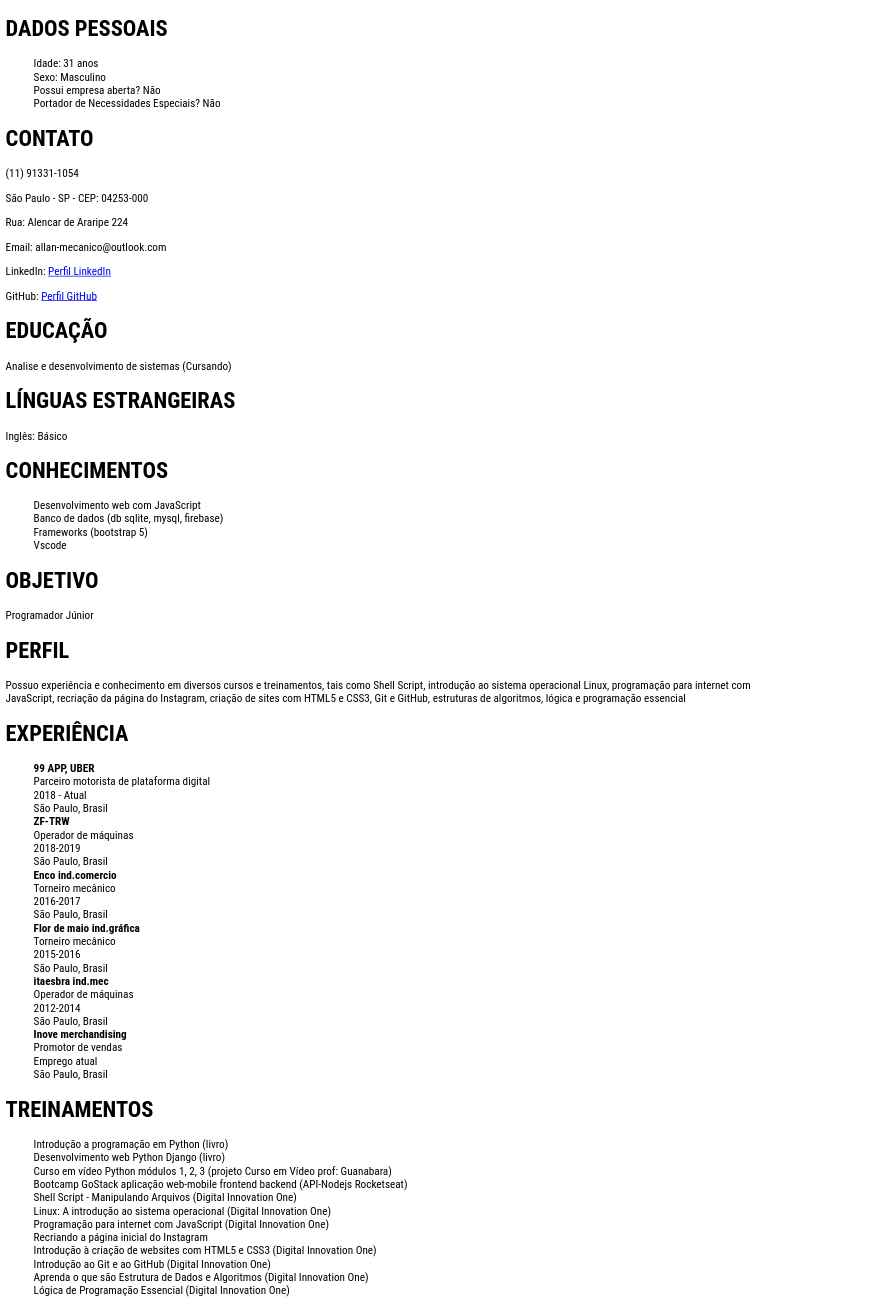
Repository: alfredo-allan/Portfolio
Page: curriculo.html
An editor plug-in stored every save of this project. The page is shown before and after the next save, followed by the edit.
The browser window is 1280 px wide. The pictures show the whole page, at 70% of full size.

Above is the page before, as saved 2024-03-20 14:47:15.

### curriculo.html
<!DOCTYPE html>
<html lang="pt-br">

<head>
	<meta charset="UTF-8">
	<meta http-equiv="X-UA-Compatible" content="IE=edge">
	<meta name="viewport" content="width=device-width, initial-scale=1.0">
	<link rel="stylesheet" href="./src/assets/styles/curriculo.css" />
	<title>Curriculum Vitae - Alfredo Allan Teixeira Sousa</title>
</head>

<body>
	<h1>DADOS PESSOAIS</h1>
	<ul>
		<li>Idade: 31 anos</li>
		<li>Sexo: Masculino</li>
		<li>Possui empresa aberta? Não</li>
		<li>Portador de Necessidades Especiais? Não</li>
	</ul>

	<h1>CONTATO</h1>
	<p>(11) 91331-1054</p>
	<p>São Paulo - SP - CEP: 04253-000</p>
	<p>Rua: Alencar de Araripe 224</p>
	<p>Email: allan-mecanico@outlook.com</p>
	<p>LinkedIn: <a href="www.linkedin.com/in/alfredo-allan-teixeira-ba2 701149/">Perfil LinkedIn</a></p>
	<p>GitHub: <a href="https://github.com/allan- mecanico/">Perfil GitHub</a></p>

	<h1>EDUCAÇÃO</h1>
	<p>Analise e desenvolvimento de sistemas (Cursando)</p>

	<h1>LÍNGUAS ESTRANGEIRAS</h1>
	<p>Inglês: Básico</p>

	<h1>CONHECIMENTOS</h1>
	<ul>
		<li>Desenvolvimento web com JavaScript</li>
		<li>Banco de dados (db sqlite, mysql, firebase)</li>
		<li>Frameworks (bootstrap 5)</li>
		<li>Vscode</li>
	</ul>

	<h1>OBJETIVO</h1>
	<p>Programador Júnior</p>

	<h1>PERFIL</h1>
	<p>Possuo experiência e conhecimento em diversos cursos e treinamentos, tais como Shell Script, introdução ao sistema
		operacional Linux, programação para internet com JavaScript, recriação da página do Instagram, criação de sites com
		HTML5 e CSS3, Git e GitHub, estruturas de algoritmos, lógica e programação essencial</p>

	<h1>EXPERIÊNCIA</h1>
	<ul>
		<li><strong>99 APP, UBER</strong><br>Parceiro motorista de plataforma digital<br>2018 - Atual<br>São Paulo, Brasil
		</li>
		<li><strong>ZF-TRW</strong><br>Operador de máquinas<br>2018-2019<br>São Paulo, Brasil</li>
		<li><strong>Enco ind.comercio</strong><br>Torneiro mecânico<br>2016-2017<br>São Paulo, Brasil</li>
		<li><strong>Flor de maio ind.gráfica</strong><br>Torneiro mecânico<br>2015-2016<br>São Paulo, Brasil</li>
		<li><strong>itaesbra ind.mec</strong><br>Operador de máquinas<br>2012-2014<br>São Paulo, Brasil</li>
		<li><strong>Inove merchandising</strong><br>Promotor de vendas<br>Emprego atual<br>São Paulo, Brasil</li>
	</ul>

	<h1>TREINAMENTOS</h1>
	<ul>
		<li>Introdução a programação em Python (livro)</li>
		<li>Desenvolvimento web Python Django (livro)</li>
		<li>Curso em vídeo Python módulos 1, 2, 3 (projeto Curso em Vídeo prof: Guanabara)</li>
		<li>Bootcamp GoStack aplicação web-mobile frontend backend (API-Nodejs Rocketseat)</li>
		<li>Shell Script - Manipulando Arquivos (Digital Innovation One)</li>
		<li>Linux: A introdução ao sistema operacional (Digital Innovation One)</li>
		<li>Programação para internet com JavaScript (Digital Innovation One)</li>
		<li>Recriando a página inicial do Instagram</li>
		<li>Introdução à criação de websites com HTML5 e CSS3 (Digital Innovation One)</li>
		<li>Introdução ao Git e ao GitHub (Digital Innovation One)</li>
		<li>Aprenda o que são Estrutura de Dados e Algoritmos (Digital Innovation One)</li>
		<li>Lógica de Programação Essencial (Digital Innovation One)</li>
	</ul>
</body>

</html

### src/assets/styles/curriculo.css
:root {
	--roboto-condensed: "Roboto Condensed", sans-serif;
}

body {
	font-family: var(--roboto-condensed);
}

li {
	list-style: none;
}

p {
	margin-right: 10%;
}

After the next save:
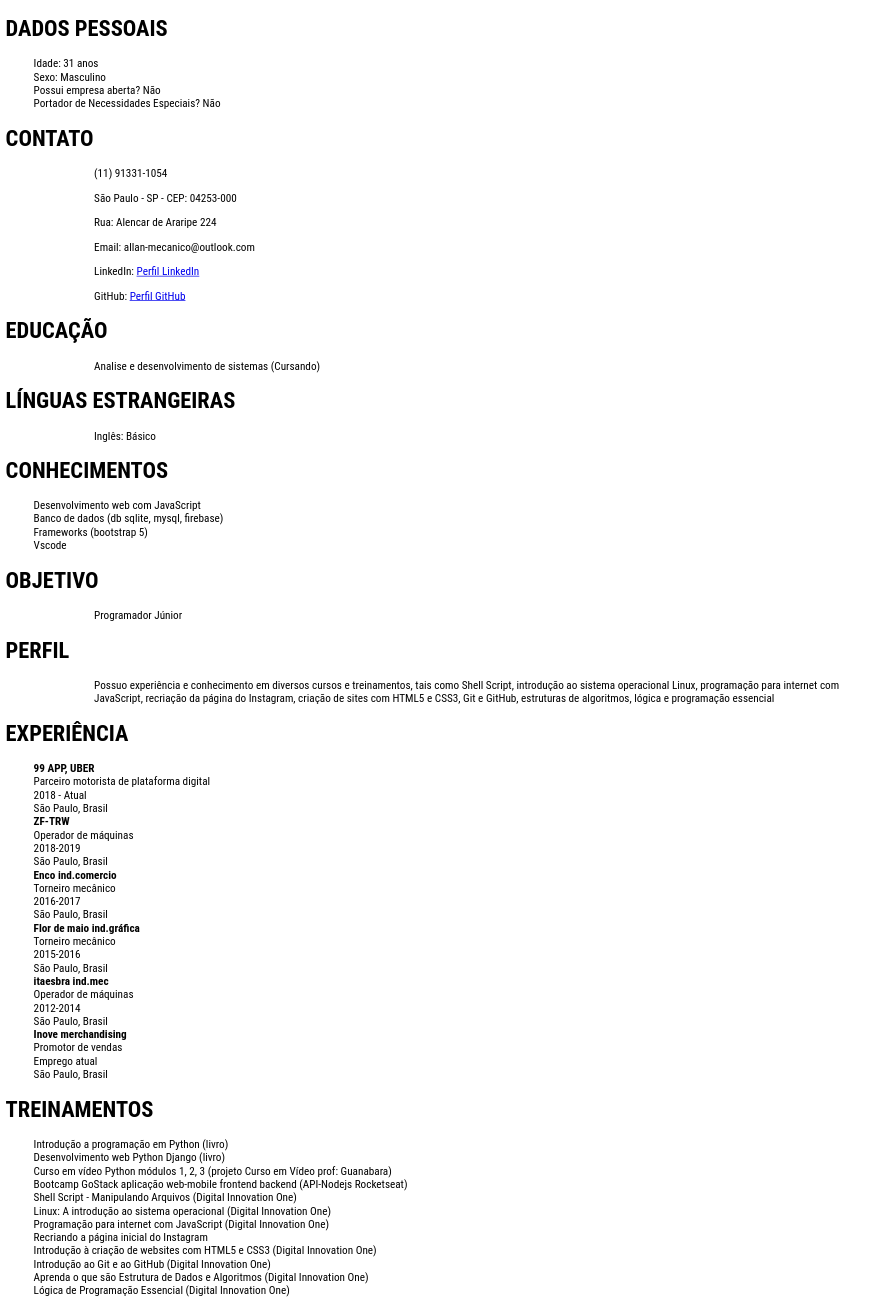
Saved 30 s later.
--- a/src/assets/styles/curriculo.css
+++ b/src/assets/styles/curriculo.css
@@ -11,5 +11,5 @@ li {
 }
 
 p {
-	margin-right: 10%;
+	margin-left: 10%;
 }
